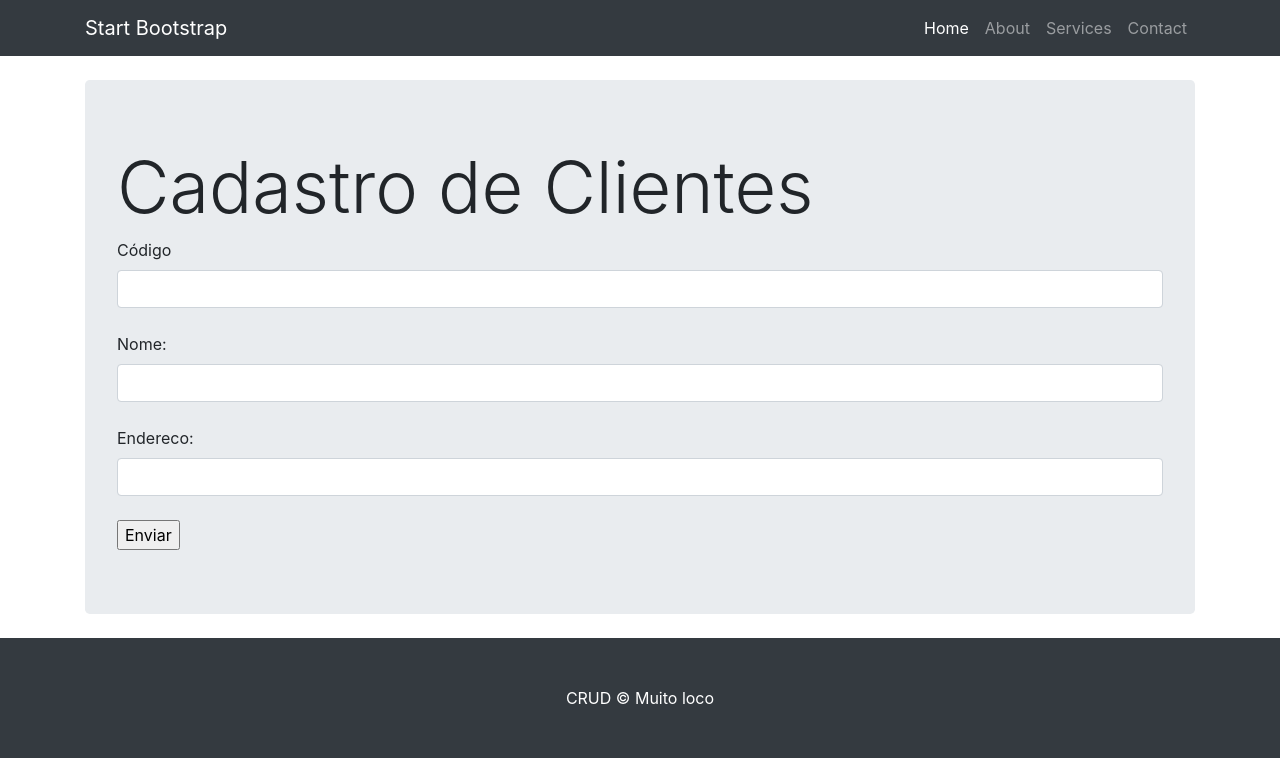
Repository: LucasMontalvao/PHPDACS2020
Page: http://localhost/projeto/site/clientpage.php?id=1
The author's editor kept a record of every edit. The page is drawn from the files as they stood at one moment, then again after the next edit.
The browser window is 1280 px wide. The pictures show the whole page.
The page is run by PHP 8.4 with error messages shown; the project is at /var/www/html/.

Above is the page before.

After the next edit:
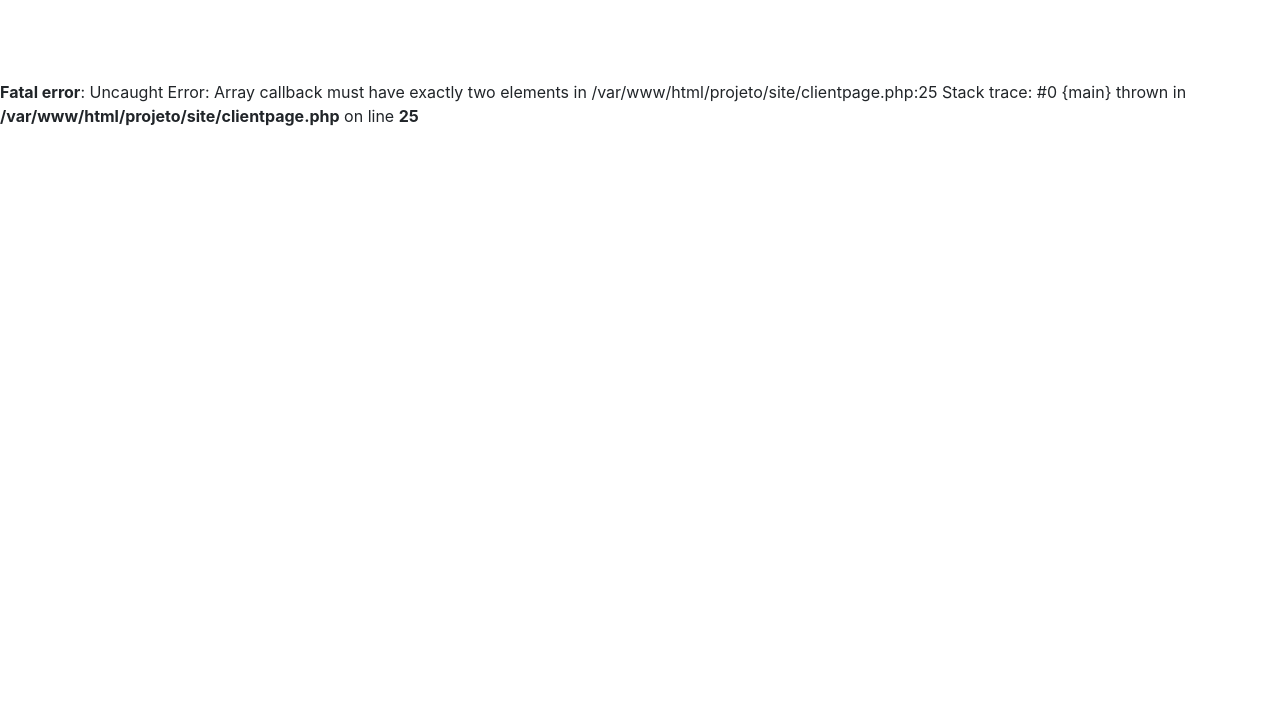
The edit:
--- a/projeto/site/clientpage.php
+++ b/projeto/site/clientpage.php
@@ -21,7 +21,9 @@
 
 <body>
 
-
+  <?php
+    $id = $_GET(id);
+  ?>
   <!-- Navigation -->
   <nav class="navbar navbar-expand-lg navbar-dark bg-dark fixed-top">
     <div class="container">
